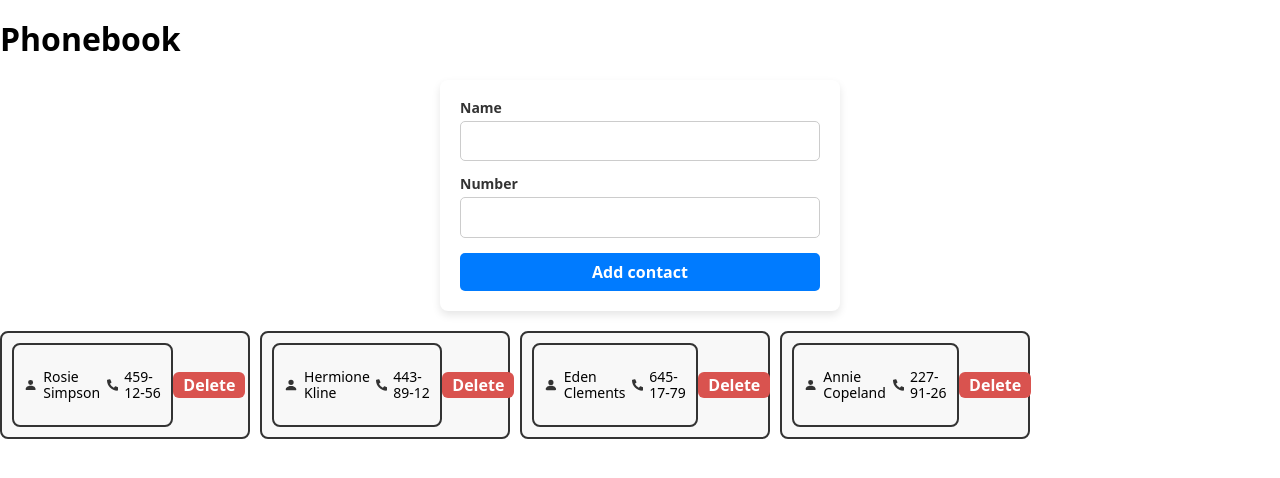
Repository: Evgeniya-Tishakova/goit-react-hw-03
Page: /
These files come from the project's save history. The page is drawn as it stood at one moment and after the next save; the edit follows.
The browser window is 1280 px wide. The pictures show the whole page.
The project was rebuilt for these pictures with package versions that can differ from the ones it lists, and the page was loaded fresh each time. Also part of the build but not shown: vite.config.js, src/index.css, src/components/App/App.module.css.

Above is the page before, as saved 2025-03-09 15:47:48.

After the next save:
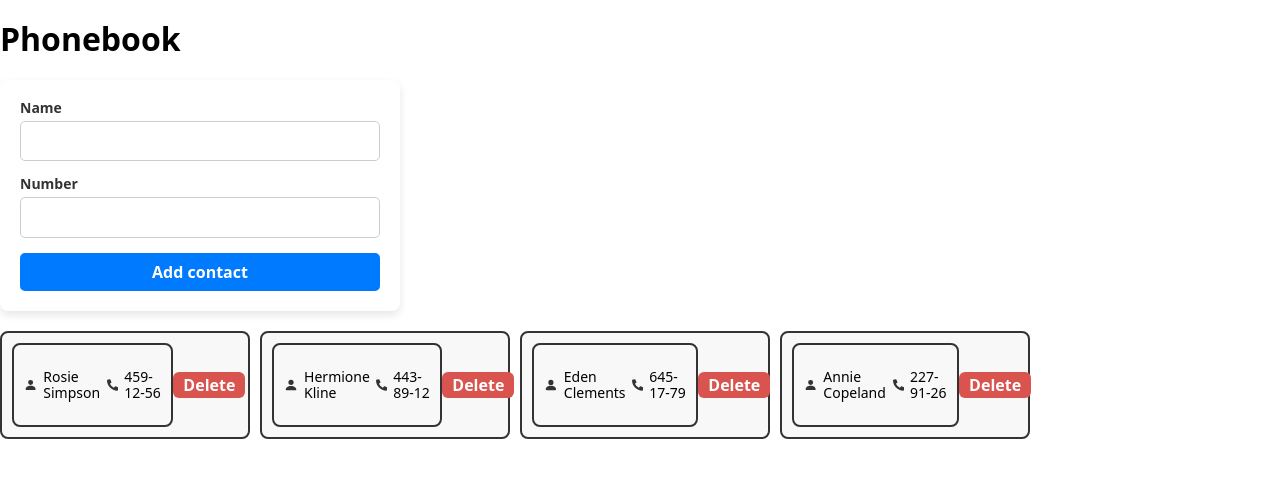
Saved 27 s later.
--- a/src/components/ContactForm/ContactForm.module.css
+++ b/src/components/ContactForm/ContactForm.module.css
@@ -1,14 +1,14 @@
 .form {
     display: flex;
     flex-direction: column;
-
+    align-items: center;
     gap: 15px;
     background-color: #fff;
     padding: 20px;
     border-radius: 8px;
     box-shadow: 0 4px 8px rgba(0, 0, 0, 0.1);
     max-width: 400px;
-    margin: 0 auto;
+    margin: 0
 }
 
 .container {
